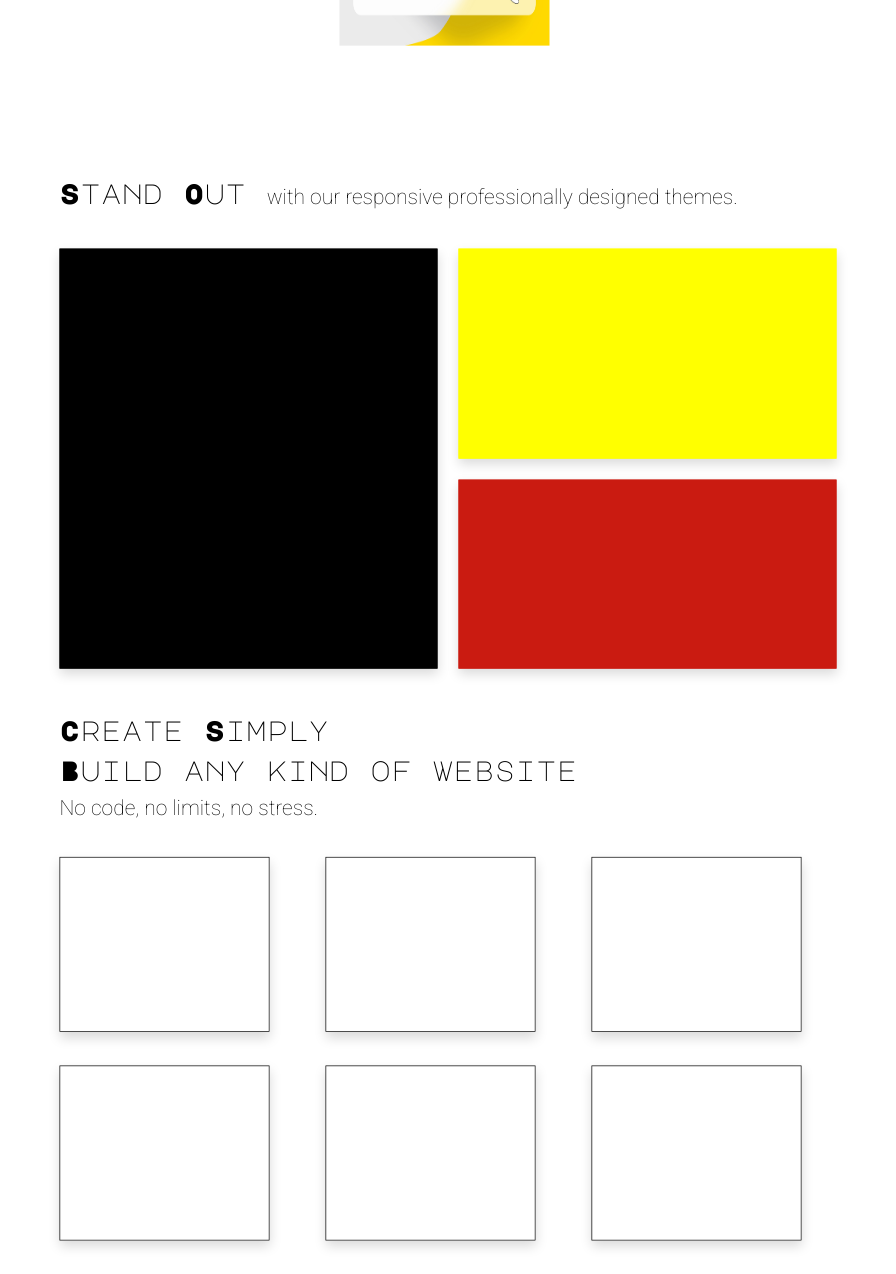
Repository: latenightsnacc/TriSpace
Page: home.html
The author's editor kept a copy of each file at every save. The page is drawn from the files as they stood at one save, then again after the next save.
The browser window is 1280 px wide. The pictures show the part of the page from y = 1333 to 3253 px (the page is 3153 px tall before and 3253 px after), at 70% of full size.
The style sheet was rebuilt from its Sass, Less or Tailwind sources for each picture, by a compiler version that may differ from the author's.

Above is the page before, as saved 2020-11-20 10:04:48.

### home.html
<!DOCTYPE html>
<html lang="en">
<head>
    <meta charset="UTF-8">
    <meta name="viewport" content="width=device-width, initial-scale=1.0">
    <!--Tailwind CDN-->
    <link rel="stylesheet" href="https://cdnjs.cloudflare.com/ajax/libs/tailwindcss/1.9.6/base.min.css" integrity="sha512-hEjkvMSM0ql6VJcNK0gTmjt9ar8F2yHeBUbJKtyvQhkkbGMhiJ4+MaiB8XxsthLAHJx5vy2I9dN0un8HiWG2LA==" crossorigin="anonymous" />
    <link rel="stylesheet" href="https://cdnjs.cloudflare.com/ajax/libs/tailwindcss/1.9.6/components.min.css" integrity="sha512-TizAONqhvXjEfRPhptSUkZNVU497PzAnXNGNUoeOjeni4dHpJ+ak+ZsyoGna20LH/yg1PvdufN1VbnVQeVDftg==" crossorigin="anonymous" />
    <link rel="stylesheet" href="https://cdnjs.cloudflare.com/ajax/libs/tailwindcss/1.9.6/tailwind.css" integrity="sha512-HY1FOTeAX9idUBWDhVDrBg8QUHBisKVQ4BCVj1jFo5z76mk87w4Rr5YGP8nBkcGmoMzqYvdeXHMOg/olF45z3g==" crossorigin="anonymous" />
    <link rel="stylesheet" href="https://cdnjs.cloudflare.com/ajax/libs/tailwindcss/1.9.6/utilities.min.css" integrity="sha512-0QJfuLKyYJWGB5hKArJW67xqMLDlR8YaLM/ZuW2mRn4NRwHNsGm7UuREc5Fu7jONHyewPKnGODY0N8G+FQbfxg==" crossorigin="anonymous" />
    <!--Bootstrap CDN-->
    <link rel="stylesheet" href="https://cdn.jsdelivr.net/npm/bootstrap@4.5.3/dist/css/bootstrap.min.css" integrity="sha384-TX8t27EcRE3e/ihU7zmQxVncDAy5uIKz4rEkgIXeMed4M0jlfIDPvg6uqKI2xXr2" crossorigin="anonymous">
    <!--Custom Stylesheet-->
    <link rel="stylesheet" href="styles/stylesheet.css">
    <!--Favicon-->
    <link rel="shortcut icon" href="assets/Logo/TriSpaceIcon.png" type="image/x-icon">
    <title>Home</title>
</head>
<body>
    <!--Wrapper-->
    <div class="wrapper mx-auto">
        <!--Navbar-->
        <nav class="navbar navbar-expand-lg navbar-light fixed-top p-3 mb-5 bg-white rounded" id="navbar">
            <div class="container align-middle">
                <a class="navbar-brand" href="index.html">
                    <img src="assets/Logo/TriSpaceMobileLogo1.png" alt="TriSpace Logo" height="40px" width="70px"/>
                </a>
                <button class="navbar-toggler" type="button" data-toggle="collapse" data-target="#navbarNavDropdown" aria-controls="navbarNavDropdown" aria-expanded="false" aria-label="Toggle navigation">
                <span class="navbar-toggler-icon"></span>
                </button>
                <div class="collapse navbar-collapse" id="navbarNavDropdown">
                <ul class="navbar-nav nav-menu ml-auto align-middle">
                    <li class="nav-item active mr-3">
                    <a class="nav-link" href="index.html">Home</a>
                    </li>
                    <li class="nav-item dropdown mr-3">
                        <a class="nav-link dropdown-toggle" href="products.html" id="navbarDropdownMenuLink" role="button" data-toggle="dropdown" aria-haspopup="true" aria-expanded="false">
                        Products
                        </a>
                        <div class="dropdown-menu" aria-labelledby="navbarDropdownMenuLink">
                        <a class="dropdown-item" href="#">Blog</a>
                        <a class="dropdown-item" href="#">Website</a>
                        <a class="dropdown-item" href="#">E-commerce</a>
                        <a class="dropdown-item" href="#">Domain</a>
                        <a class="dropdown-item" href="#">Hosting</a>
                        </div>
                    </li>
                    <li class="nav-item mr-3">
                    <a class="nav-link" href="pricing.html">Pricing</a>
                    </li>
                    <li class="nav-item mr-3">
                        <a class="nav-link" href="#">Login</a>
                    </li>
                    <li class="nav-item mr-3">
                        <a class="nav-link btn blue text-white px-4 py-3 hover:shadow-2xl" href="#">Get Started</a>
                    </li>
                </ul>
                </div>
            </div>
        </nav>
        <!-- End of Navbar-->

        <!--Banner-->
        <div class="min-h-screen  mt-5" id="banner">
            <div class="container">
                <div class="row pt-5">
                    <!--Banner Text-->
                    <div class="col-xs-12 col-s-12 col-md-6 col-lg-6 col-xl-6">
                        <div class="text-box banner-txt">
                            <h1 class="">Grow your business.<br/> Anywhere, anytime.</h1>
                            <h5 class="span-title py-3 text-2l">Get started for free on TriSpace</h5>
                            <button class="bg-black hover:bg-blue-500 text-white font-bold py-3 px-5 rounded">Start</button>
                        </div>
                    </div>
                    <!--Banner Image-->
                    <div class="col-xs-12 col-s-12 col-md-6 col-lg-6 col-xl-6">
                        <a href="#">
                            <img class="banner-img" src="" alt="banner image"/>
                        </a>
                    </div>
                </div>
            </div>
        </div>
        <!--End of Banner-->

        <!--Services-->
        <div class="min-h-screen mt-5 mb-5" id="services">
            <div class="container">
                <div class="absolute-box">
                    <div class="title-box text-center mb-5">
                        <h2 class="section-title pb-5">Start <span class="section-title">website. </span><span class="color">Sell your products.</span><br/><span class="color">Start a blog.</span> </h2>
                    </div>
                    <div class="images">
                        <div class="img-1 ">
                            <a href="#">
                                <img src="assets/Template-1.jpg" alt="Build a website" />
                            </a>
                        </div>
                        <div class="img-2 motion-reduce:animate-bounce">
                            <a href="#">
                                <img src="assets/Template-1.jpg" alt="Build a website" />
                            </a>
                        </div>
                        <div class="img-3">
                            <a href="#">
                                <img src="assets/Template-1.jpg" alt="Build a website" />
                            </a>
                        </div>
                    </div>
                </div>
            </div>
        </div>
        <!--End of Services-->

         <!--Responsive Design-->
        <div class="min-h-screen mt-5 mb-5" id="themes">
            <div class="container">
                <div class="title-box">
                    <h2 class="section-title">Stand Out <span class="text-4xl span-title">with our responsive professionally designed themes.</h2>
                </div>
                <div class="row">
                    <div class="col-xs-12 col-s-12 col-md-6 col-lg-6 col-xl-6">
                        <div id="clr1" class="text-center mt-5">
                        </div>
                    </div>
                    <div class="col-xs-12 col-s-12 col-md-6 col-lg-6 col-xl-6">
                        <div class="row flex-wrap">
                            <div class="col-xs-12 col-s-12 col-md-12 col-lg-12 col-xl-12">
                                <div id="clr2" class="mt-5">

                                </div>
                            </div>
                            <div class="col-xs-12 col-s-12 col-md-12 col-lg-12 col-xl-12">
                                <div id="clr3">

                                </div>
                            </div>
                        </div>
                    </div>
                </div>
            </div>
        </div>
        <!--End of R.D-->

        <!--Templates-->
        <div class="min-h-screen mt-5 mb-5" id="templates">
            <div class="container">
                <div class="title-box mb-5">
                    <h2 class="section-title">Create Simply </h2>
                    <h4 class="section-title">Build any kind of website</h4>
                    <p class="span-title">No code, no limits, no stress.</p>
                </div>
                <div class="row">
                    <div class="col-xs-12 col-s-12 col-md-6 col-lg-4 col-xl-4">
                        <div class="clear-box"></div>
                    </div>
                    <div class="col-xs-12 col-s-12 col-md-6 col-lg-4 col-xl-4">
                        <div class="clear-box"></div>
                    </div>
                    <div class="col-xs-12 col-s-12 col-md-6 col-lg-4 col-xl-4">
                        <div class="clear-box"></div>
                    </div>
                    <div class="col-xs-12 col-s-12 col-md-6 col-lg-4 col-xl-4 mt-5">
                        <div class="clear-box"></div>
                    </div>
                    <div class="col-xs-12 col-s-12 col-md-6 col-lg-4 col-xl-4 mt-5">
                        <div class="clear-box"></div>
                    </div>
                    <div class="col-xs-12 col-s-12 col-md-6 col-lg-4 col-xl-4 mt-5">
                        <div class="clear-box"></div>
                    </div>
                </div>
            </div>
        </div>
        <!--End of Themes-->
    </div>
    <!--Bootstrap Scripts-->
    <script src="https://code.jquery.com/jquery-3.5.1.slim.min.js" integrity="sha384-DfXdz2htPH0lsSSs5nCTpuj/zy4C+OGpamoFVy38MVBnE+IbbVYUew+OrCXaRkfj" crossorigin="anonymous"></script>
    <script src="https://cdn.jsdelivr.net/npm/popper.js@1.16.1/dist/umd/popper.min.js" integrity="sha384-9/reFTGAW83EW2RDu2S0VKaIzap3H66lZH81PoYlFhbGU+6BZp6G7niu735Sk7lN" crossorigin="anonymous"></script>
    <script src="https://cdn.jsdelivr.net/npm/bootstrap@4.5.3/dist/js/bootstrap.min.js" integrity="sha384-w1Q4orYjBQndcko6MimVbzY0tgp4pWB4lZ7lr30WKz0vr/aWKhXdBNmNb5D92v7s" crossorigin="anonymous"></script>
    <script src="js/main.js"></script>
</body>

### js/main.js
var position = $(window).scrollTop();
// $(".logo-mobile").hide();
// $('.logo-web').attr('src', "assets/Logo/ceelesslogoblack2.png").width('170px');
// should start at 0

$(window).scroll(function() {
    var scroll = $(window).scrollTop();

    // if( scroll > position ){
    //     $('.navbar').addClass('bg-light');
    //     $(".logo-web").fadeOut('slow');
    //     $(".logo-mobile").fadeIn('slow');
    // } else {
    //     $('.navbar').removeClass('bg-light');
    //     $(".logo-web").show();
    //     $(".logo-mobile").hide();
    // }

    if( scroll > position ){
        $('.navbar').removeClass('bg-transparent');
        $('.navbar').addClass('shadow-lg bg-white');
        // $('.logo-web').attr('src', "assets/Logo/ceeiconblack.png").height('25px').width('auto').addClass('fade-in');
    } else {
        $('.navbar').removeClass('shadow-lg bg-white');
        $('.navbar').addClass('bg-transparent');


    }
    // position = scroll;
});

### styles/stylesheet.scss
@import'variables';

*{
    box-sizing: border-box;
    margin: 0;
    padding: 0;
    text-decoration: none;
    list-style: none;
    font-family: $font3;
    button {
        outline: none;
    }
    a {
        text-decoration: none;
        &:hover {
            text-decoration: none;
        }
    }

    button {
        font-family: $font3;
    }
}

.navbar-light .navbar-nav .active>.nav-link, .navbar-light .navbar-nav .nav-link.active, .navbar-light .navbar-nav .nav-link.show, .navbar-light .navbar-nav .show>.nav-link, .nav-link, .dropdown-item {
    color: $blue !important;
    font-weight: 500;
    font-size: 17px;

    &:hover {
        text-transform: uppercase;


    }
}
a.btn {
    color: white !important;
    padding: 10px 40px;
    font-weight: bold;
    &:hover {
        text-transform: capitalize;
    }

}
// section#banner {
//     background: url('/HTML/assets/WaLine.png') ;
//     background-size: contain;
//     background-repeat: no-repeat;
//     background-position: center;
// }
.banner-txt {
    h1 {
        font-size: 54px;
        color: $blue;
        font-family: $font;
    }

}
img.banner-img {
    width: 400px;
    height: 500px;
}
.text-box {
    display: flex;
    flex-direction: column;
    height: 100%;
    justify-content: center;
    align-items: flex-start;
}
.section-title, span.color {
    font-size: 40px;
    font-family: $font2;
    color: $blue;

}
.span-title {
    font-family: $font3;
    font-size: 30px;
    color: $blue;
}
.absolute-box {
    position: relative;
    .images {
        position: absolute;
        width: 100%;
        height: 100%;

        img {
            width: 300px;
            height: 350px;
        }

        .img-1 {
            position: absolute;
            top: -30px;
            left: 0px;

        }
        .img-2 {
            position: absolute;
            top: 40px;
            left: 400px;

        }
        .img-3 {
            position: absolute;
            top: -30px;
            right: 0px;

        }
    }
}
#clr1 {
    background-color: $blue;
    width: 100%;
    height: 600px;
    border: 1px solid $blue;
    box-shadow: 0 .5rem 1rem rgba(0,0,0,.15)!important;
}
#clr2 {
    background-color: $yellow;
    width: 100%;
    height: 300px;
    border: 1px solid $yellow;
    margin-bottom: 30px;
    box-shadow: 0 .5rem 1rem rgba(0,0,0,.15)!important;
}
#clr3 {
    background-color: $red;
    width: 100%;
    height: 270px;
    border: 1px solid $red;
    box-shadow: 0 .5rem 1rem rgba(0,0,0,.15)!important;
}
.clear-box {
    width: 300px;
    height: 250px;
    border: 1px solid $blue;
    box-shadow: 0 .5rem 1rem rgba(0,0,0,.15)!important;
}

.price-card {
    border: 1px solid $blue;
    &:hover {
        border: 2px solid $blue;
        transition: all border 1000ms ease-in ;
    }
}

.wavy {
    position: relative;
    background: $blue;
    width: 100%;
    overflow: hidden;

}

#topcurve {
    position: absolute;
    bottom: 0;
    width: 100%;
}

#topcurve path {
    fill: $yellow;
}
.blue {
    background-color: $blue;
    color: $primary;
}
section.wave {
    width: 100%;
    min-height: 200px;
}
.wave {
    position: relative;
    // background: $blue;
    &::before {
        content: '';
        position: absolute;
        bottom: 0;
        left: 0;
        width: 100%;
        height: 100px;

    }

}

### styles/_variables.scss
@import url('https://fonts.googleapis.com/css2?family=Chewy&display=swap');
@import url('https://fonts.googleapis.com/css2?family=Major+Mono+Display&display=swap');
@import url('https://fonts.googleapis.com/css2?family=Roboto:wght@100&display=swap');
$font: -apple-system, BlinkMacSystemFont, 'Segoe UI', Roboto, Oxygen, Ubuntu, Cantarell, 'Open Sans', 'Helvetica Neue', sans-serif;
$FONT1: 'Chewy', cursive;
$font2: 'Major Mono Display', monospace;
$font3: 'Roboto', sans-serif;
$primary: #fff;
$darkB: #02081d;
$lightB: #cce1ea;
//$blue: #0263e4;
$blue: black;
$red: #ca1b11;
$yellow : yellow;
$dB: #081a5a;

After the next save:
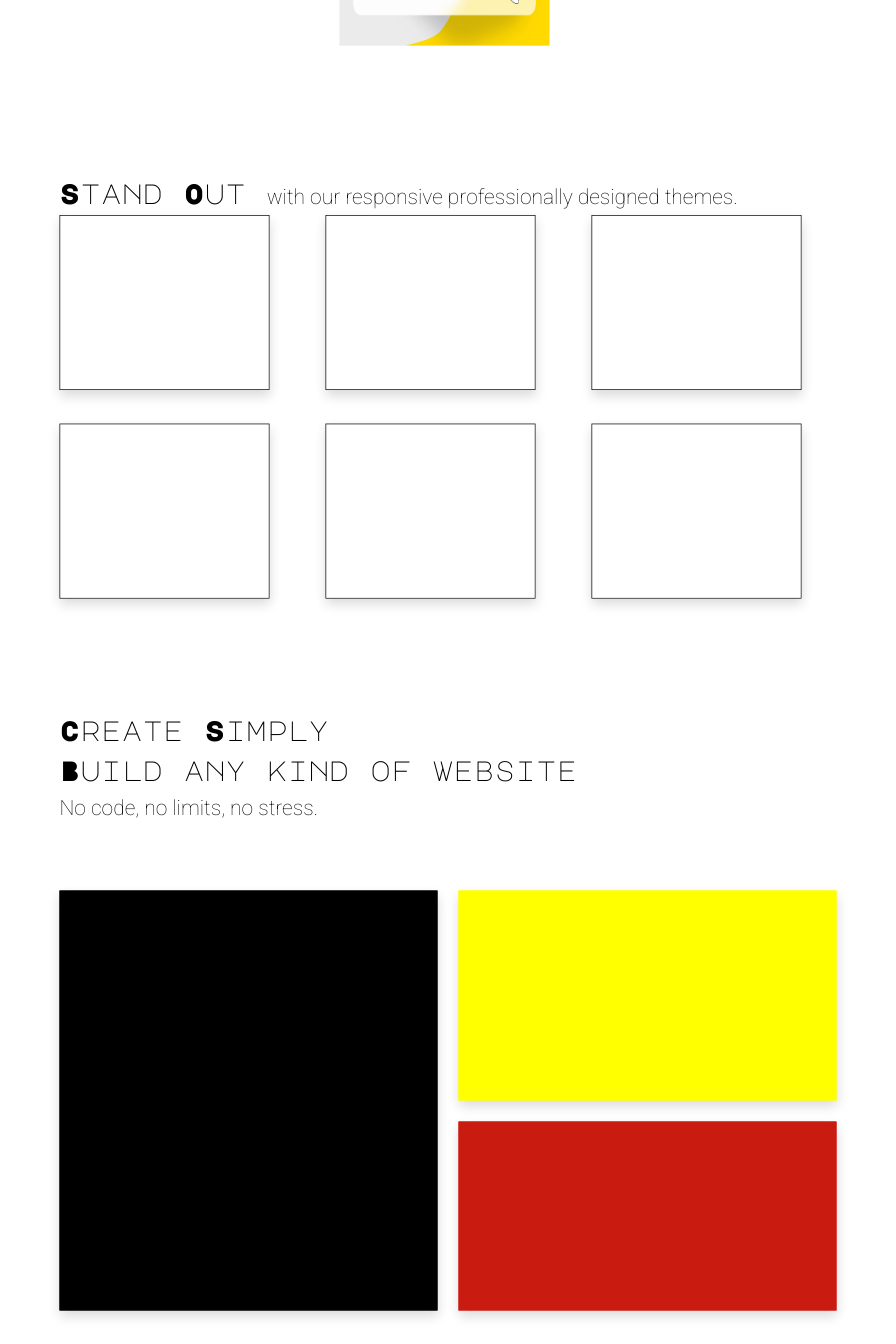
Saved 42 s later.
--- a/home.html
+++ b/home.html
@@ -119,6 +119,38 @@
                     <h2 class="section-title">Stand Out <span class="text-4xl span-title">with our responsive professionally designed themes.</h2>
                 </div>
                 <div class="row">
+                    <div class="col-xs-12 col-s-12 col-md-6 col-lg-4 col-xl-4">
+                        <div class="clear-box"></div>
+                    </div>
+                    <div class="col-xs-12 col-s-12 col-md-6 col-lg-4 col-xl-4">
+                        <div class="clear-box"></div>
+                    </div>
+                    <div class="col-xs-12 col-s-12 col-md-6 col-lg-4 col-xl-4">
+                        <div class="clear-box"></div>
+                    </div>
+                    <div class="col-xs-12 col-s-12 col-md-6 col-lg-4 col-xl-4 mt-5">
+                        <div class="clear-box"></div>
+                    </div>
+                    <div class="col-xs-12 col-s-12 col-md-6 col-lg-4 col-xl-4 mt-5">
+                        <div class="clear-box"></div>
+                    </div>
+                    <div class="col-xs-12 col-s-12 col-md-6 col-lg-4 col-xl-4 mt-5">
+                        <div class="clear-box"></div>
+                    </div>
+                </div>
+            </div>
+        </div>
+        <!--End of R.D-->
+
+        <!--Templates-->
+        <div class="min-h-screen mt-5 mb-5" id="templates">
+            <div class="container">
+                <div class="title-box mb-5">
+                    <h2 class="section-title">Create Simply </h2>
+                    <h4 class="section-title">Build any kind of website</h4>
+                    <p class="span-title">No code, no limits, no stress.</p>
+                </div>
+                <div class="row">
                     <div class="col-xs-12 col-s-12 col-md-6 col-lg-6 col-xl-6">
                         <div id="clr1" class="text-center mt-5">
                         </div>
@@ -140,38 +172,6 @@
                 </div>
             </div>
         </div>
-        <!--End of R.D-->
-
-        <!--Templates-->
-        <div class="min-h-screen mt-5 mb-5" id="templates">
-            <div class="container">
-                <div class="title-box mb-5">
-                    <h2 class="section-title">Create Simply </h2>
-                    <h4 class="section-title">Build any kind of website</h4>
-                    <p class="span-title">No code, no limits, no stress.</p>
-                </div>
-                <div class="row">
-                    <div class="col-xs-12 col-s-12 col-md-6 col-lg-4 col-xl-4">
-                        <div class="clear-box"></div>
-                    </div>
-                    <div class="col-xs-12 col-s-12 col-md-6 col-lg-4 col-xl-4">
-                        <div class="clear-box"></div>
-                    </div>
-                    <div class="col-xs-12 col-s-12 col-md-6 col-lg-4 col-xl-4">
-                        <div class="clear-box"></div>
-                    </div>
-                    <div class="col-xs-12 col-s-12 col-md-6 col-lg-4 col-xl-4 mt-5">
-                        <div class="clear-box"></div>
-                    </div>
-                    <div class="col-xs-12 col-s-12 col-md-6 col-lg-4 col-xl-4 mt-5">
-                        <div class="clear-box"></div>
-                    </div>
-                    <div class="col-xs-12 col-s-12 col-md-6 col-lg-4 col-xl-4 mt-5">
-                        <div class="clear-box"></div>
-                    </div>
-                </div>
-            </div>
-        </div>
         <!--End of Themes-->
     </div>
     <!--Bootstrap Scripts-->
